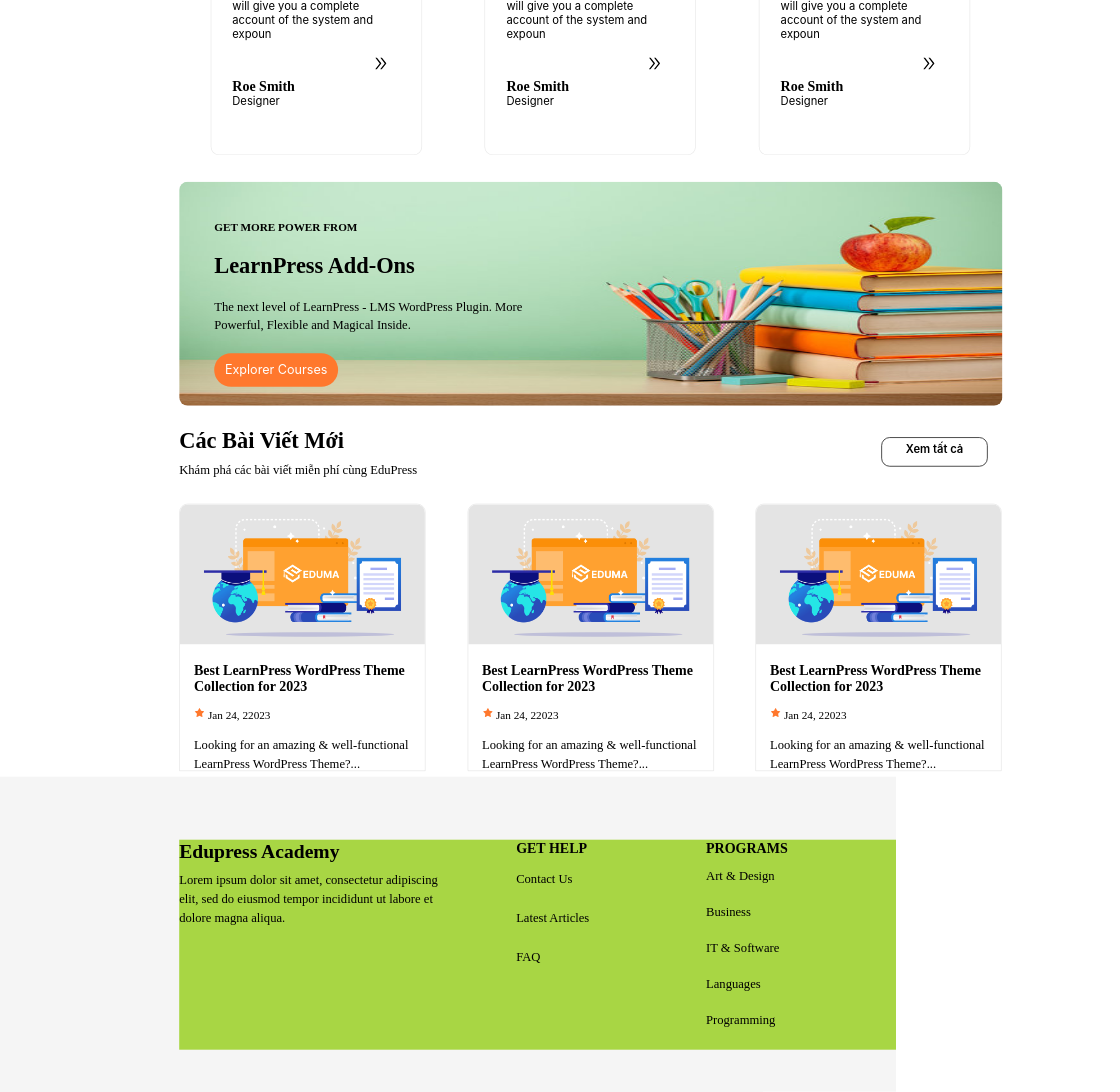
Repository: hieu1802/WebsiteEdupress
Page: / (app in my-app/)
The author's editor kept a copy of each file at every save. The page is drawn from the files as they stood at one save, then again after the next save.
The browser window is 1280 px wide. The page is 1600 px wide, so the pictures cover 1600 px, including what lies to the right of the window. The pictures show the part of the page from y = 4251 to 5811 px (the page is 5811 px tall), at 70% of full size.
The project was rebuilt for these pictures with package versions that can differ from the ones it lists, and the page was loaded fresh each time. Also part of the build but not shown: my-app/src/App.css.

Above is the page before, as saved 2024-08-08 12:39:08.

### my-app/src/App.jsx
import logo from './logo.svg';
import './App.css';
import HomePage from './Components/HomePage/HomePage.jsx';

function App() {
  return (
  <>
    <HomePage/>
  </>
  );
}

export default App;

### my-app/src/Components/HomePage/HomePage.jsx
import React from 'react'
import Header from './Header.jsx'
import { ContainerPage } from './ContainerPage.jsx'
import Footer from './Footer.jsx'

function HomePage() {
  return (
    <>
      <Header/>
      <ContainerPage/>
      <Footer/>
    </>
  )
}

export default HomePage

### my-app/src/Components/HomePage/Header.jsx
import React from 'react'
import img01 from '../img/EduPress.png'
import img02 from '../img/img02.jpg'
import img03 from '../img/img03.png'
import './HomePage.css'
import { IoIosSearch } from "react-icons/io";

function Header() {
  return (
    <>
        <div className='Header'>
            <div className='logoHeader'>
                <img src={img01}/>
                <h3>EduPress Academy</h3>
            </div>
            <ul>
                <li>Trang Chủ</li>
                <li>Khóa Học</li>
                <li>Kết Nối</li>
                <li>Đánh giá</li>
                <li>Blog</li>
                <div className='ulInput'>
                    <input placeholder='Tìm Kiếm ...'/>
                    <div className='btnHeader'><IoIosSearch  className='btnIcon'/></div>
                </div>

            </ul>
            <div className='loginHeader'>
                <div><span>Đăng Nhập</span>/<span>Đăng kí</span></div>

            </div>
        </div>
        <div className='posterHeader'>
            <img src={img02}/>
            <div className='posterContent'>
               <div className='posterSologun'>
                  <h1>EduPress Academy</h1>
                  <h2>Website học Online hàng đầu Việt Nam tích hợp đầy đủ mọi thông tin, kiến thức và những kỹ năng để giúp các bạn chinh phục mọi khó khăn một cách hoàn hảo</h2>
                  <div className='btnPoster'>Tìm hiểu ngay </div>
               </div>
               <div className='posterAvatar'>
                  <img src={img03}/>
               </div>
            </div>
        </div>
    </>

  )
}

export default Header

### my-app/src/Components/HomePage/Footer.jsx
import React from 'react'

function Footer() {
  return (
    <div className='footerPage'>
        <div className='footerContaier'>
            <div className='footerEdupress'>
                <h2>Edupress Academy</h2>
                <p>Lorem ipsum dolor sit amet, consectetur adipiscing elit, sed do eiusmod tempor incididunt ut labore et dolore magna aliqua.</p>
            </div>
            <div className='footerHelp'>
                <h2>GET HELP</h2>
                <a href='#'>Contact Us</a>
                <a href='#'>Latest Articles</a>
                <a href='#'>FAQ </a>
            </div>
            <div className='footerPrograms'>
                <h2>PROGRAMS</h2>
                <a href='#'>Art & Design</a>
                <a href='#'>Business</a>
                <a href='#'>IT & Software </a>
                <a href='#'>Languages </a>
                <a href='#'>Programming </a>
            </div>
            <div className='footerContact'>

            </div>
        </div>
    </div>
  )
}

export default Footer

### my-app/src/Components/HomePage/HomePage.css
*{
    margin: 0;
    padding: 0;
    list-style: none;
    text-decoration: none;
}

.Header{
    width: 100%;
    height: 72px;
    display: flex;
    justify-content: space-between;

}

.logoHeader{
    width: 25%;
    height: 100%;
    display: flex;
    gap: 10px;
    margin-left: 70px;
}


h3{
    font-size: 25px;
    margin-top: 15px;
    color: rgba(241, 152, 34, 0.979);
}

.Header > ul{

    display: flex;
    width:60%;
}

.Header > ul > li{
    width: 100px;
    text-align: center;
    padding: 20px;
    font-size: 20px;
    font-weight: 600;
    cursor: pointer;
}

.Header > ul > li:hover{
    background-color: rgba(246, 243, 238, 0.633);
    color: rgba(241, 152, 34, 0.979);
}

.ulInput{
    width: 400px ;
    padding: 20px;
    display: flex;
}

.ulInput > input{
    margin-right:10px;
    text-align: center;
    font-size: 15px;
    width: 400px;
    height: 35px;
    border: 1px solid #00000010;
    background-color: rgba(240, 234, 234, 0.815);
    border-radius: 12px;
}

.btnHeader{
    width: 100px;
    margin: auto;
    cursor: pointer;
}
.btnIcon{
    font-size: 25px;
}
.loginHeader{
    display: flex;
    width: 15%;
    height: 72px;
    margin-right: 100px;
    cursor: pointer;
}

.loginHeader > div{
   margin: auto;
   font-size: 20px;
   font-weight: 600;
   text-align: center;
}

.loginHeader > div > span{
    margin: 10px;
}

.loginHeader > div > span:hover {
    color: rgba(241, 152, 34, 0.979);
}

.posterHeader{
    width: 100%;
    height: 552px;
    background-color: black;
    display: flex;
}

.posterHeader > img{
    width: 100%;
}

.posterContent{
    position: absolute;
    display: flex;
    margin-left: 400px;
    margin-top: 10px;
    width: 1200px;
    height: 400px;

    z-index: 999;
}

.posterSologun{
    width: 60%;
}

.posterSologun > h1{
    font-size: 70px;
    text-align: center;
    color: rgba(241, 152, 34, 0.979);
    margin-top: 50px;
    margin-bottom: 10px;
}

.posterSologun > h2{
    font-size: 20px;
    text-align: center;
}

.btnPoster{
    width: 200px;
    height: 40px;
    background-color: red;
    font-size: 20px;
    color: #fff;
    text-align: center;
    border-radius: 12px;
    cursor: pointer;
    gap: 10px;
    margin-top: 50px;
    margin-left: 35%;
}

.posterAvatar{
    width: 35%;
    margin-left: 30px;

}

.posterAvatar > img{
    width: 100%;
    margin-top: 30px;
}

/************************ContainerPage**************************/

.ContainerPage{
    position: relative;
    width: 1200px;
    height: 100%;

    margin-left: 20%;
}

.categories{
    width: 100%;
    height: 640px;
    background-color: #fff;
    margin-top: 50px;
}

.textCategories{
    width: 100%;
    height: 77px;
    background-color: #fff;
    display: flex;
    justify-content: space-between;
}
.topCategories>h3{
    color: black;
    font-size: 30px;
    margin-bottom: 5px;
    margin-top: 0px;
    font-weight: 500;
}


.btnCategories{
    width: 150px;
    height: 40px;
    border: 1px solid #000000;
    border-radius: 12px;
    margin-top: 15px;
    margin-right: 20px;
    cursor: pointer;
}

.btnCategories:hover{
    background-color: rgba(244, 25, 25, 0.757);
    color: #fff;
}

.btnCategories > p{
    text-align: center;
    margin-top: 5px;
    font-weight: 600;
}

.boxCategories{
    width: 100%;
    height: 100%;
    display: grid;
    grid-template-columns: 1fr 1fr 1fr 1fr 1fr;
    margin-top: 30px;
}

.miniBox{
    width: 200px;
    height: 200px;
    border: 1px solid #0000001a;
    border-radius: 20px;
    display: flex;
    align-items: center;
    flex-direction: column;
    justify-content: center;
    margin-left: 20px;
}

.iconBox{
    font-size: 60px;
    margin-bottom: 20px;
    color: rgba(241, 152, 34, 0.979);
}

.miniBox > h4{
    font-size: 25px;
    margin-bottom: 20px;
}

.miniBox > h5{
    font-size: 20px;
    font-weight: 100;
}

.courses{
    width: 1200px;
    height: 100%;
    margin-top: 30px;
}

.boxCourses{
    width: 1200px;
    height: 1100px;
    display: grid;
    grid-template-columns: 1fr 1fr 1fr;
    margin-top: 30px;
    margin-left: 10px;
}
.boxFeaturedCourses{
    width: 360px;
    height: 470px;
    border: 2px solid #0000001a ;
    border-radius: 24px 24px 0 0;
}

.boxFeaturedCoursesImg{
    width: 100%;
    height: 250px;
    gap: 16px;
}
.boxFeaturedCoursesImg > img{
    width: 100%;
    height: 100%;
    border-radius: 24px 24px 0 0;
}

.boxFeaturedCoursesContent{
    width: 360px;
    height: 180px;
    padding: 20px;
}

.boxFeaturedCoursesContentText{
    width: 300px;
    height: 100px;
    background-color: #fff;
}

.boxFeaturedCoursesContentText > p >span{
    font-family: exo;
    font-size: 20px;
    font-weight: 500;
}

.boxFeaturedCoursesContentText > h4{
    font-family: exo;
    font-size: 24px;
    font-weight: 600;
    margin-top: 10px;
}

.boxFeaturedCoursesContentMeta{
    width: 200px;
    height: 24px;
    display: flex;
    background-color: #fff;
    margin-top: 16px;
    margin-bottom: 16px;
    justify-content: space-between;
}

.boxFeaturedCoursesContentMeta > span{
    display: flex;
    font-size: 16px;
}

.boxFeaturedCoursesContentPrice{
    width: 300px;
    height: 28px;
    background-color: #fff;
    display: flex;
    justify-content: space-between;
    font-size: 16px;
}

.price{
    display: flex;
}

.price > p{
    text-decoration: line-through;
    color: var(--Grey, #9D9D9D);
    font-weight: 700;
    margin-right: 10px;
}

.price > span{
    color: green;
    font-weight: 700;
}

.banner{
    width: 1200px;
    height: 320px;
    border-radius: 12px;
    position: relative;
    display: flex;
    margin-top: 30px;
}

.bannerContent{
    width: 450px;
    height: 240px;
    gap: 24px;
    position: absolute;
    margin-top: 54px;
    margin-left: 50px;
    display: flex;
    flex-direction: column;
    justify-content: space-around;
}

.bannerContent > h5{
    font-family: Exo;
    font-size: 16px;
    font-weight: 600;
    line-height: 19.2px;
    text-align: left;
}

.bannerContent > h2{
    font-family: Exo;
    font-size: 32px;
    font-weight: 600;
    line-height: 38.4px;
    text-align: left;
}

.bannerContent > p{
    font-family: Jost;
    font-size: 18px;
    font-weight: 400;
    line-height: 27px;
    text-align: left;
}

.btnBanner{
    width: 177px;
    height: 36px;
    border-radius: 24px;
    text-align: center;
    padding-top: 12px;
    background: var(--Primary, #FF782D);
    font-size: 18px;
    color: #fff;
}


.counterBox{
    width: 1175px;
    height: 150px;
    margin-top: 30px;
    display: flex;
    justify-content: space-between;
}

.counterBoxContent{
    width: 250px;
    height: 100%;
    background: var(--White_grey, #F5F5F5);
    display: flex;
    flex-direction: column;
    justify-content: center;
    border-radius: 12px;
    align-items: center;
}

.counterBoxContent > h2{
    font-family: Exo;
    font-size: 56px;
    font-weight: 600;
    line-height: 38.4px;
    text-align: left;
    color: var(--Primary, #FF782D);
}

.counterBoxContent > a{
    font-family: Jost;
    font-size: 20px;
    font-weight: 500;
    line-height: 27px;
    text-align: left;
    text-decoration: none;
    color: #000000;
    margin-top: 16px;
}

.boxConnect{
    width: 1175px;
    height: 450px;
    margin-top: 30px;
    display: flex;
}

.boxConnectImg{
    width: 56%;
    height: 100%;
}

.boxConnectContent{
    width: 520px;
    height: 380px;
    border: 2px solid #0000001a ;
    margin-top: 35px ;
    border-radius: 24px;
}

.boxConnectText{
    width: 100%;
    height: 80px;
}

.boxConnectText > h2{
    font-family: Exo;
    font-size: 32px;
    font-weight: 600;
    line-height: 38.4px;
    text-align: left;
    text-align: center;
    padding-top: 20px;
}

.boxConnectContainer{
    width: 100%;
    height: 300px;
}

.introduce{
    width: 100%;
    height: 60px;
    padding-left: 15px;
}

.introduce > p{
    font-family: Jost;
    font-size: 18px;
    font-weight: 400;
    line-height: 27px;
    text-align: left;

}

.connect{
    width: 100%;
    height: 240px;
    font-size: 18px;
    display: flex;
    flex-direction: column;
    justify-content: space-around;
}

.connect > span > a{
    font-size: 18px;
    color: blue;
}
.connectIcons{
    color: green;
    font-size: 24px;
    margin-right: 15px;
    margin-left: 15px;
}

.boxFeedbacks{
    width: 1175px;
    height: 540px;
    margin-top: 30px;
}

.feedbacksHeading{
    width: 100%;
    height: 80px;
}

.feedbacksHeading > h2{
    font-family: Exo;
    font-size: 32px;
    font-weight: 600;
    line-height: 38.4px;
    text-align: center;
}

.feedbacksHeading > p{
    font-family: Jost;
    font-size: 18px;
    font-weight: 400;
    line-height: 27px;
    text-align: center;
    margin-top: 15px;
}

.feedbacksHeadingContent{
    width: 100%;
    height: 400px;
    margin-top: 50px;
    display: flex;
    justify-content: space-around;
}

.feedbackItems{
    width: 300px;
    height: 400px;
    background-color: #fff;
    position: relative;
    border: 1px solid #00000016;
    border-radius: 12px;
}

.feedbacksContents{
    position: absolute;
    width: 240px;
    height: 230px;
    margin: auto;
    margin-top: 50px;
    margin-left: 30px;
}

.feedbacksIdName{
    width: 100px;
    height: 60px;
    position: absolute;
    margin-top: 290px;
    margin-left: 30px;
}

.feedbacksIdName > h4{
    font-family: Exo;
    font-size: 20px;
    font-weight: 600;
    line-height: 24px;
    text-align: left;

}

.articles{
    width: 1175px;
    height: 500px;
    margin-top: 30px;
}

.articlesHeading{
    width: 100%;
    height: 80px;
    display: flex;
    justify-content: space-between;
}

.articlesTitle{
    width: 780px;
    height: auto;
}

.articlesTitle > h2{
    font-family: Exo;
    font-size: 32px;
    font-weight: 600;
    line-height: 38.4px;
    text-align: left;
}

.articlesTitle > p{
    font-family: Jost;
    font-size: 18px;
    font-weight: 400;
    line-height: 27px;
    text-align: left;
    margin-top: 10px;
}

.articlesContainer{
    width: 100%;
    height: 420px;
    display: flex;
    justify-content: space-between;
}

.articlesBox{
    width: 350px;
    height: 380px;
    margin-top: 30px;
    border-radius: 12px 12px 0 0;
    border: 1px solid #0000001b;
}

.articlesBox > img{
    width: 100%;
    height: 200px;
    border-radius: 12px 12px 0 0;
}

.articlesContent{
    width: 360px;
    height: 160px;
    padding: 20px;
    display: flex;
    flex-direction: column;
    justify-content: space-between;
}

.articlesContent >h4{
    font-family: Exo;
    font-size: 20px;
    font-weight: 600;
    line-height: 24px;
    text-align: left;
}

.articlesContent > span{
    font-family: Jost;
    font-size: 16px;
    font-weight: 400;
    line-height: 24px;
    text-align: left;
}

.articlesContent > p{
    font-family: Jost;
    font-size: 18px;
    font-weight: 400;
    line-height: 27px;
    text-align: left;
}

/****************************FOOTER***************/
.footerPage{
    width: 100%;
    height: 450px;
    background-color: #F5F5F5;
    position: relative;
    display: flex;
}

.footerContaier{
    width: 1175px;
    height: 300px;
    background-color: rgb(168, 214, 68);
    margin-left: 20%;
    margin-top: 90px;
    display: flex;
    justify-content: space-between;
}

.footerEdupress{
    width: 400px;
    height: 130px;
}

.footerEdupress > h2{
    font-family: Exo;
    font-size: 28px;
    font-weight: 700;
    line-height: 33.6px;
    text-align: left;
}

.footerEdupress > p{
    font-family: Jost;
    font-size: 18px;
    font-weight: 400;
    line-height: 27px;
    text-align: left;
    margin-top: 10px;
}

.footerHelp{
    width: 190px;
    height: 190px;
    display: flex;
    flex-direction: column;
    justify-content: space-between;
}

.footerHelp > h2,
.footerPrograms > h2{
    font-family: Exo;
    font-size: 20px;
    font-weight: 600;
    line-height: 24px;
    text-align: left;
}

.footerHelp > a,
.footerPrograms > a{
    font-family: Jost;
    font-size: 18px;
    font-weight: 500;
    line-height: 45px;
    text-align: left;
    color: #000;
}

.footerPrograms{
    width: 190px;
    height: 280px;
    display: flex;
    flex-direction: column;
    justify-content: space-between;
}

Loaded but not shown: my-app/public/index.html (common file); my-app/src/index.js (common file); my-app/src/index.css (common file); my-app/src/reportWebVitals.js (common file); my-app/src/Components/HomePage/ContainerPage.jsx (326 lines, source omitted)

After the next save:
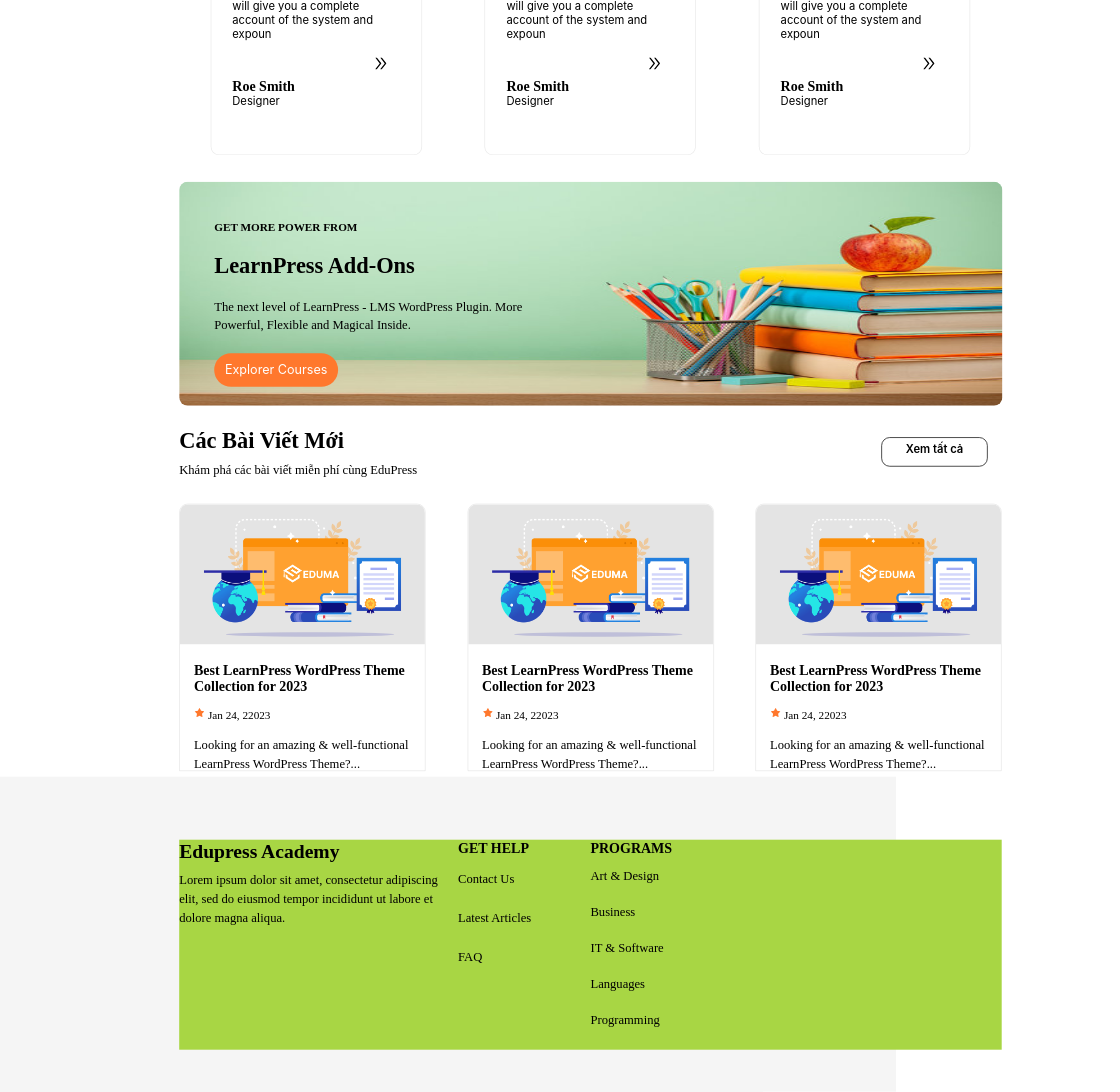
Saved 36 s later.
--- a/my-app/src/Components/HomePage/HomePage.css
+++ b/my-app/src/Components/HomePage/HomePage.css
@@ -753,3 +753,8 @@
     flex-direction: column;
     justify-content: space-between;
 }
+
+.footerContact{
+    width: 400px;
+    height: 210px;
+}
